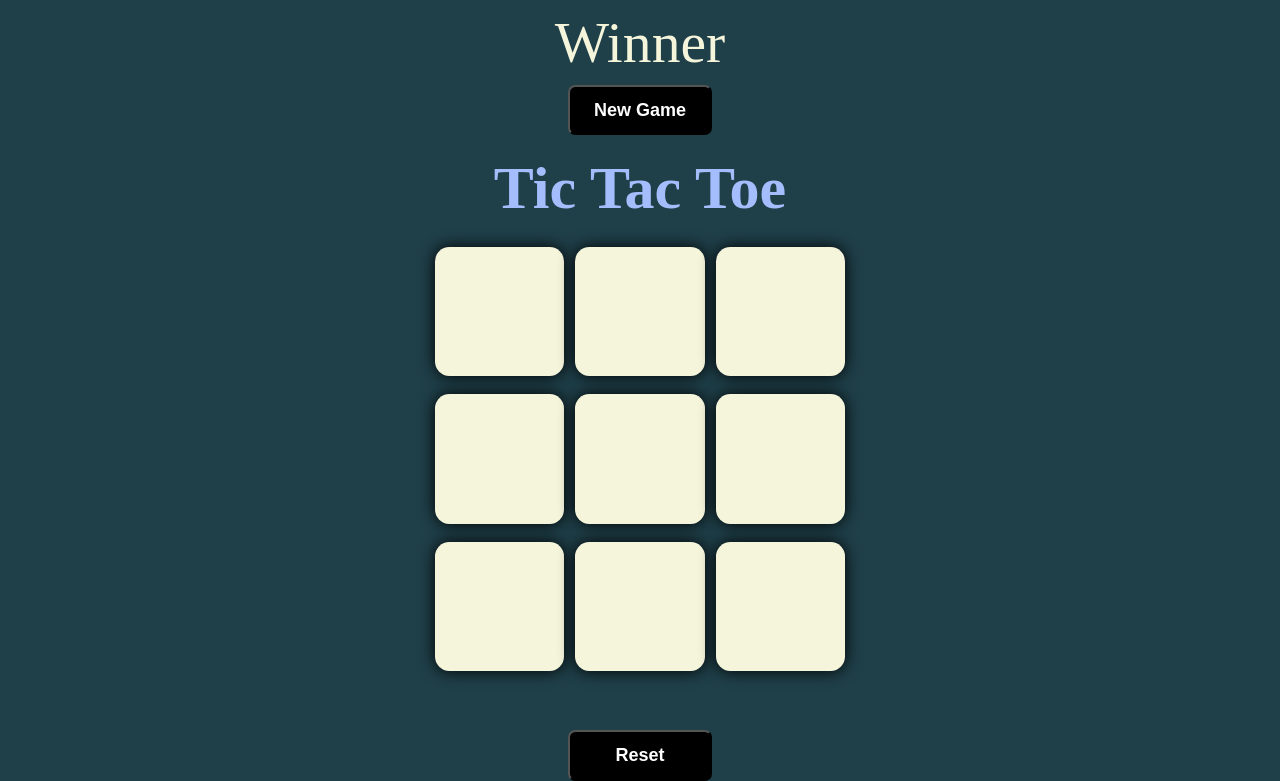
Repository: AreezAnsari/Tic-Tac-Toe
Page: Game/Game.html
These files come from the project's save history. The page is drawn as it stood at one moment and after the next save; the edit follows.
The browser window is 1280 px wide. The pictures show the whole page.

Above is the page before, as saved 2025-06-01 15:37:53.
Console error: TypeError: box.addEventListener is not a function

After the next save:
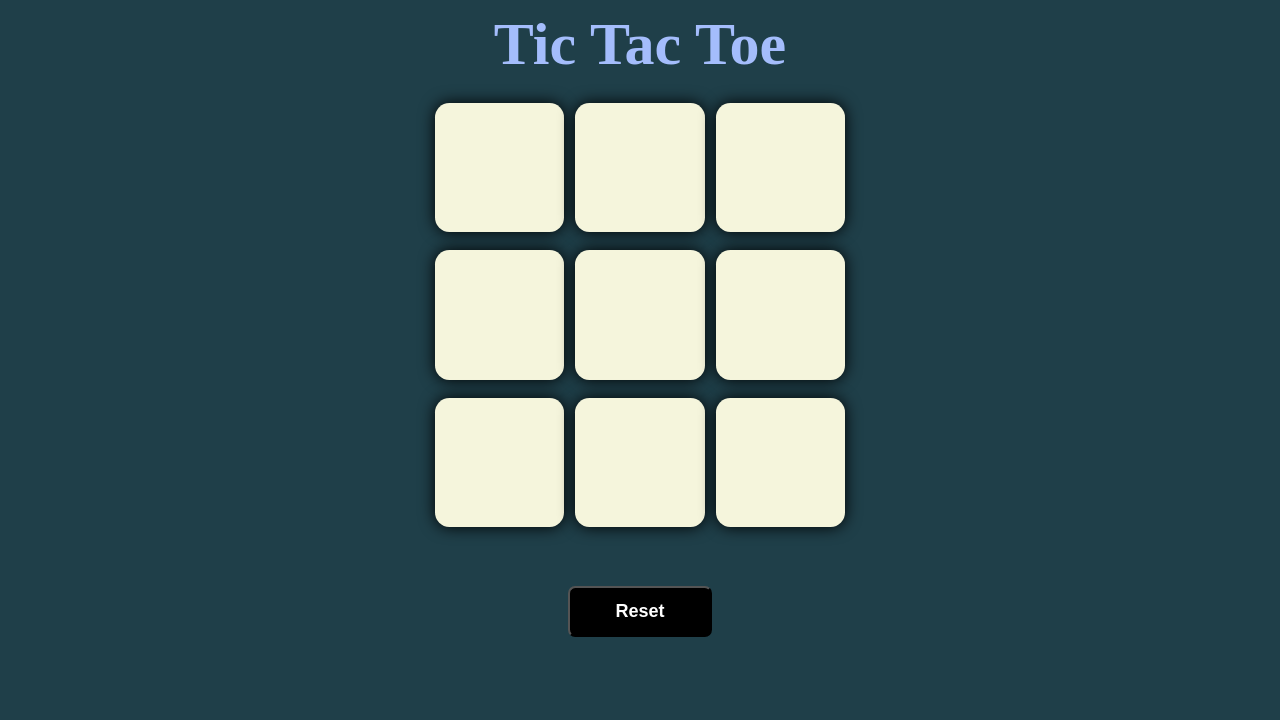
Saved 9 s later.
--- a/Game/Game.css
+++ b/Game/Game.css
@@ -95,3 +95,7 @@
 .msg-container{
     height: 20vmin;
 }
+
+.hide{
+    display: none;
+}
